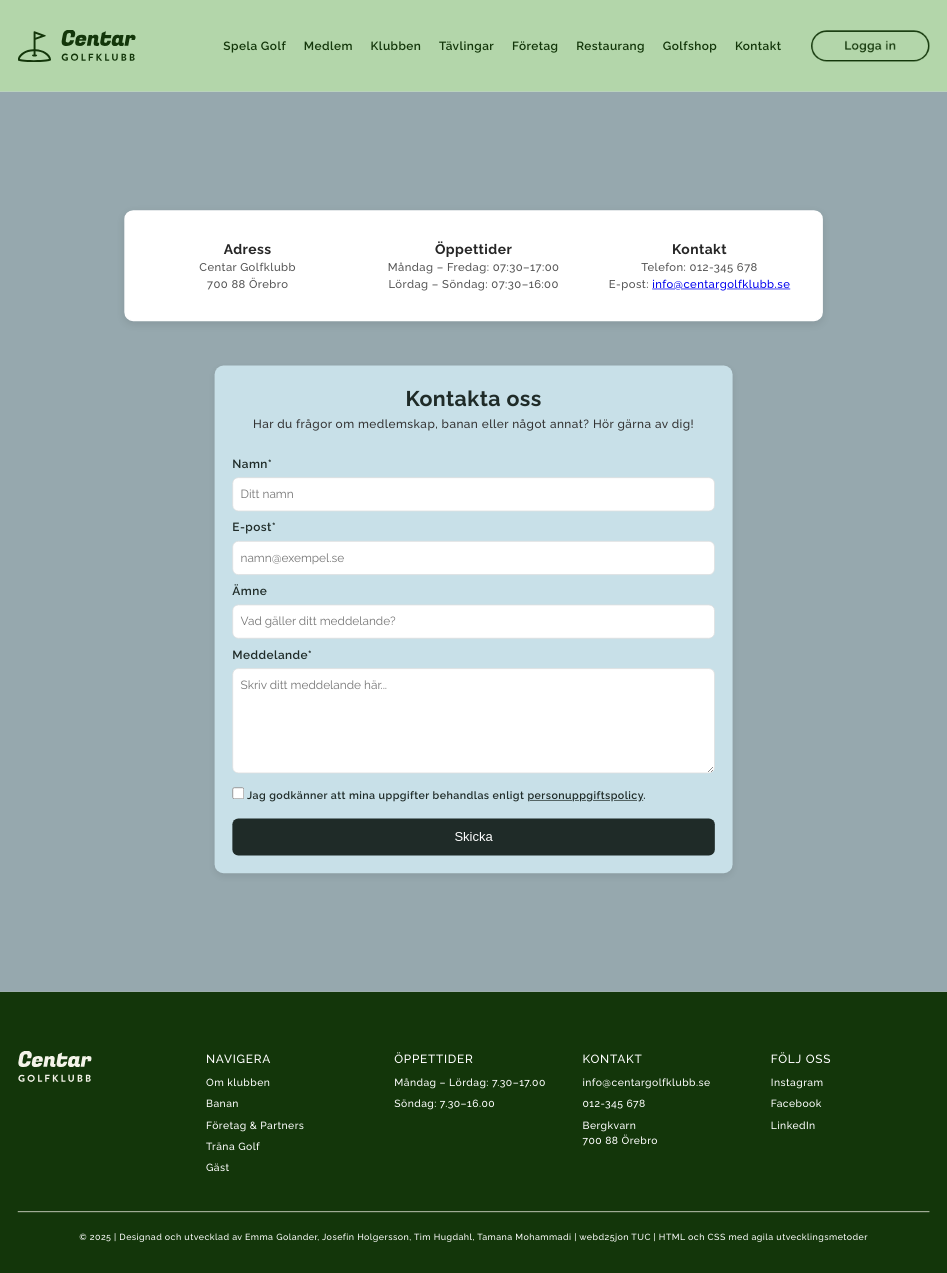
Repository: Tamana831/GolfklubbCentar
Page: kontakt.html
The author's editor kept a copy of each file at every save. The page is drawn from the files as they stood at one save, then again after the next save.
The browser window is 1280 px wide. The pictures show the whole page, at 74% of full size.

Above is the page before, as saved 2025-10-21 21:55:15.

After the next save:
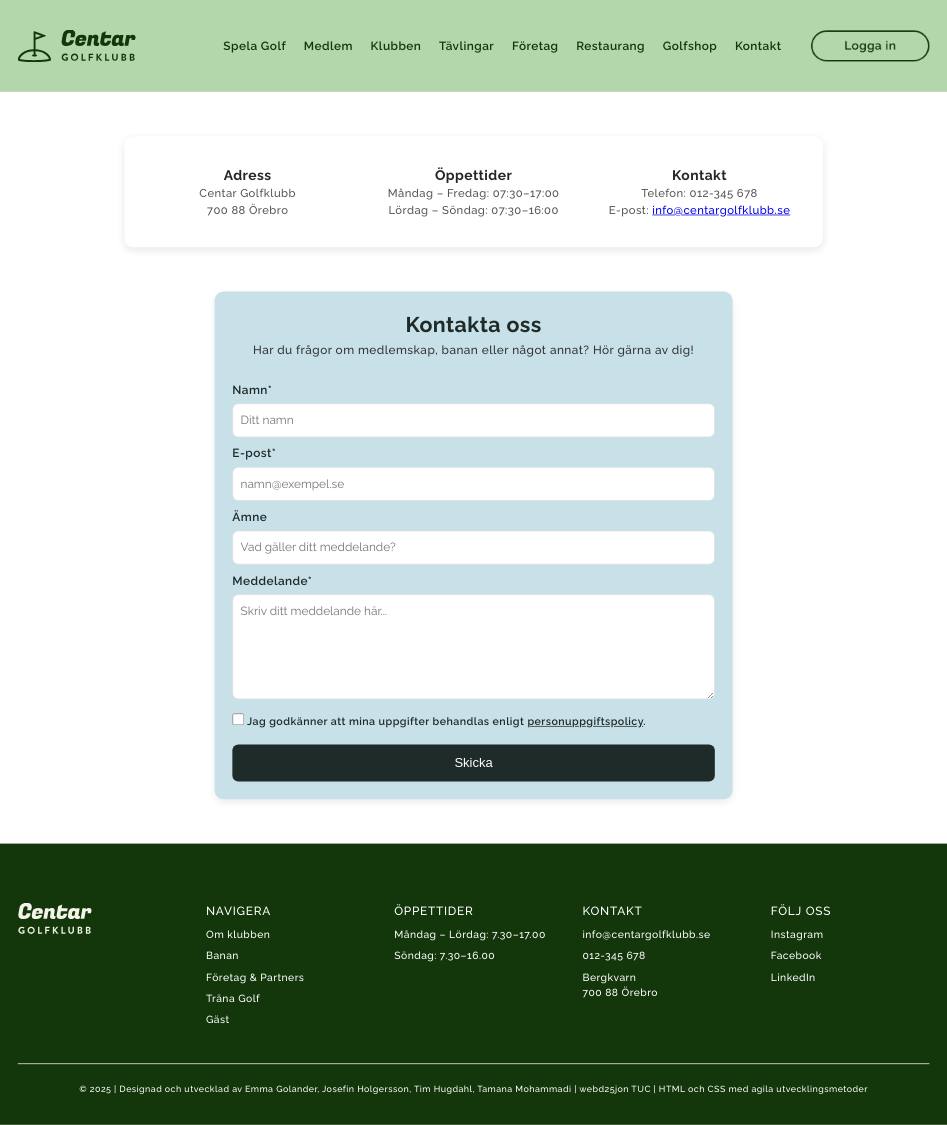
Saved 89 s later.
--- a/styles/kontakt.css
+++ b/styles/kontakt.css
@@ -1,25 +1,4 @@
-/* --- BAKGRUNDSSEKTION (HELA KONTAKTDELEN) --- */
-.contact-section {
-  background-color: #C8E0E8;
-  padding: 100px;
-  position: relative;
-}
-
-/* Mörk overlay för bättre läsbarhet */
-.contact-section::before {
-  content: "";
-  position: absolute;
-  inset: 0;
-  background: rgba(0, 0, 0, 0.25);
-}
-
-.contact-container,
-.contact-wrapper {
-  position: relative;
-  z-index: 2;
-}
-
-/* --- KONTAKT-KORT WRAPPER --- */
+/* --- KONTAKT-SEKTION --- */
 .contact-wrapper {
   display: flex;
   justify-content: space-between;
